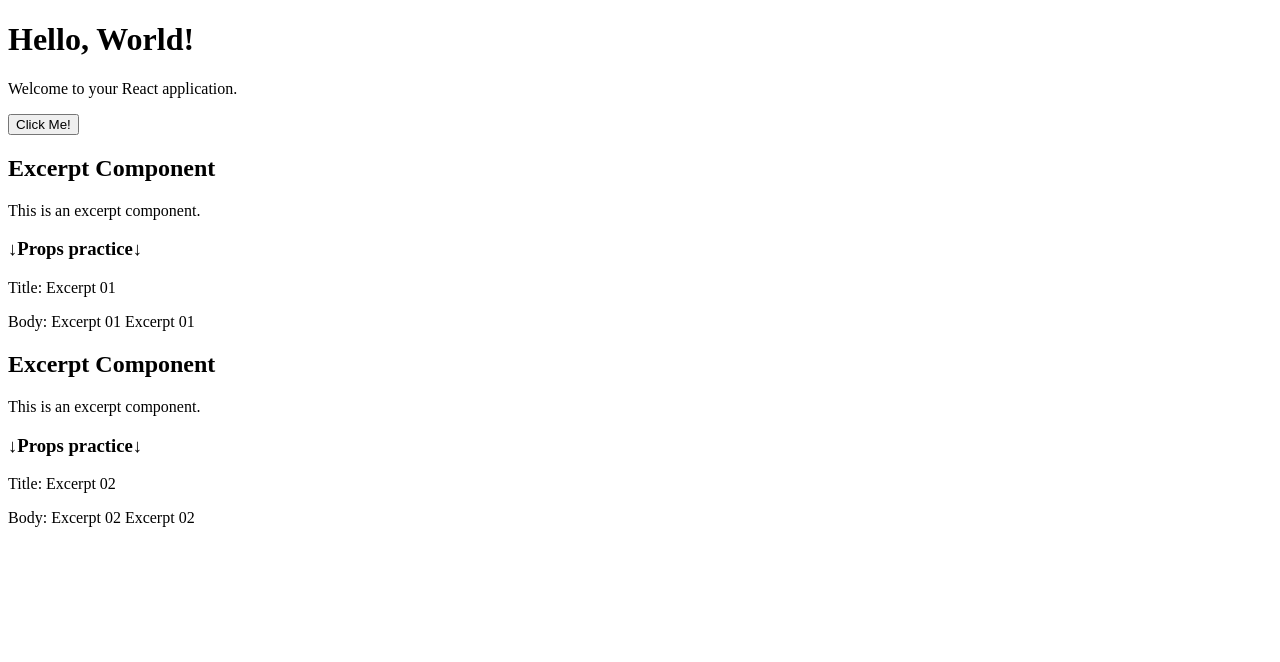
Repository: wendeshiro/D3-F-week1
Page: /
The author's editor kept a copy of each file at every save. The page is drawn from the files as they stood at one save, then again after the next save.
The browser window is 1280 px wide. The pictures show the whole page.
The project was rebuilt for these pictures with package versions that can differ from the ones it lists, and the page was loaded fresh each time. Also part of the build but not shown: vite.config.js.

Above is the page before, as saved 2025-09-08 16:00:01.

### index.html
<!doctype html>
<html lang="en">

<head>
  <meta charset="UTF-8" />
  <link rel="icon" type="image/svg+xml" href="/vite.svg" />
  <meta name="viewport" content="width=device-width, initial-scale=1.0" />
  <link rel="icon" href="/public/favicon.ico" type="image/x-icon" />
  <title>Week 01!!!</title>
</head>

<body>
  <div id="root">

  </div>
  <script type="module" src="/src/main.jsx"></script>
</body>

</html>

### src/index.css
.excerpt {

}

### src/App.jsx
function App() {
  return (
    <div className="title">
      <h1>Hello, World!</h1>
      <p>Welcome to your React application.</p>
      <button>Click Me!</button>
      <Excerpt title="Excerpt 01" body="Excerpt 01 Excerpt 01"/>
      <Excerpt title="Excerpt 02" body="Excerpt 02 Excerpt 02"/>
    </div>
  );
}

// function Excerpt(props) {
//   return (
//     <div className="Excerpt">
//       <h2>Excerpt Component</h2>
//       <p>This is an excerpt component.</p>
//       <h3>↓Props practice↓</h3>
//       <p>Title: {props.title}</p>
//       <p>Body: {props.body}</p>
//     </div>
//   );
// }

// ↓ same as above but using destructuring
function Excerpt({title, body}) {
  return (
    <div className="excerpt">
      <h2>Excerpt Component</h2>
      <p>This is an excerpt component.</p>
      <h3>↓Props practice↓</h3>
      <p>Title: {title}</p>
      <p>Body: {body}</p>
    </div>
  );
}


export default App;

Loaded but not shown: src/main.jsx (common file)

After the next save:
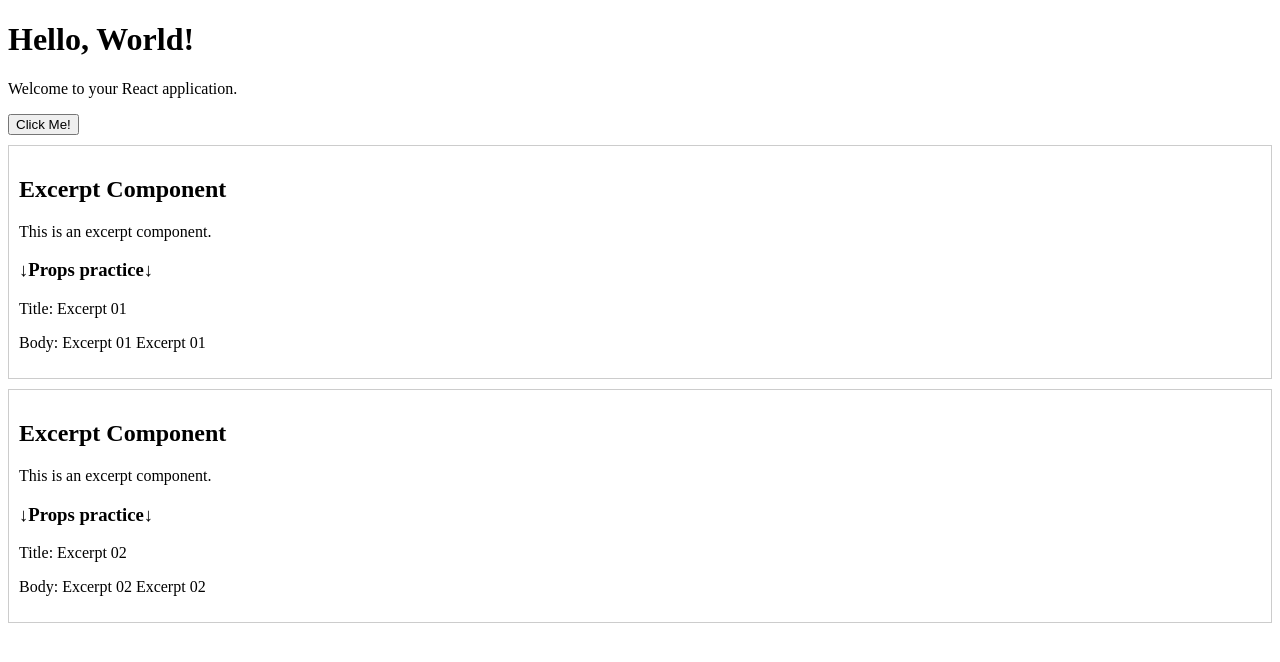
Saved 8 s later.
--- a/src/index.css
+++ b/src/index.css
@@ -1,3 +1,5 @@
 .excerpt {
-
+    border: 1px solid #ccc;
+    padding: 10px;
+    margin: 10px 0;
 }
